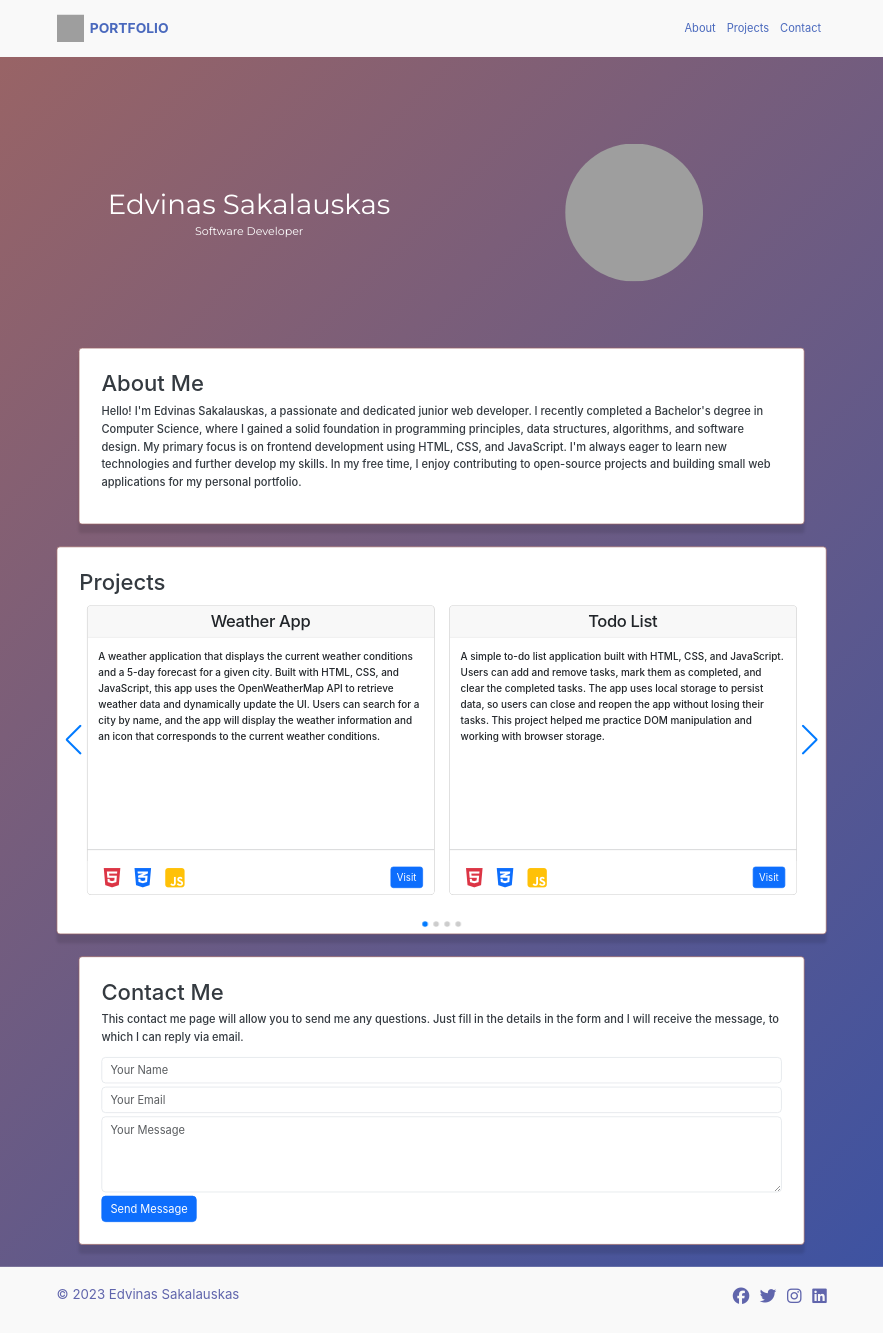
Repository: SakalauskasEdvinas/MyPorfolioWebsite
Page: index.html
The author's editor kept a copy of each file at every save. The page is drawn from the files as they stood at one save, then again after the next save.
The browser window is 1280 px wide. The pictures show the whole page, at 69% of full size.
Pictures or frames that could not be fetched are drawn as grey boxes. Some web libraries are served in a nearby version.

Above is the page before, as saved 2023-04-17 11:02:02.

After the next save:
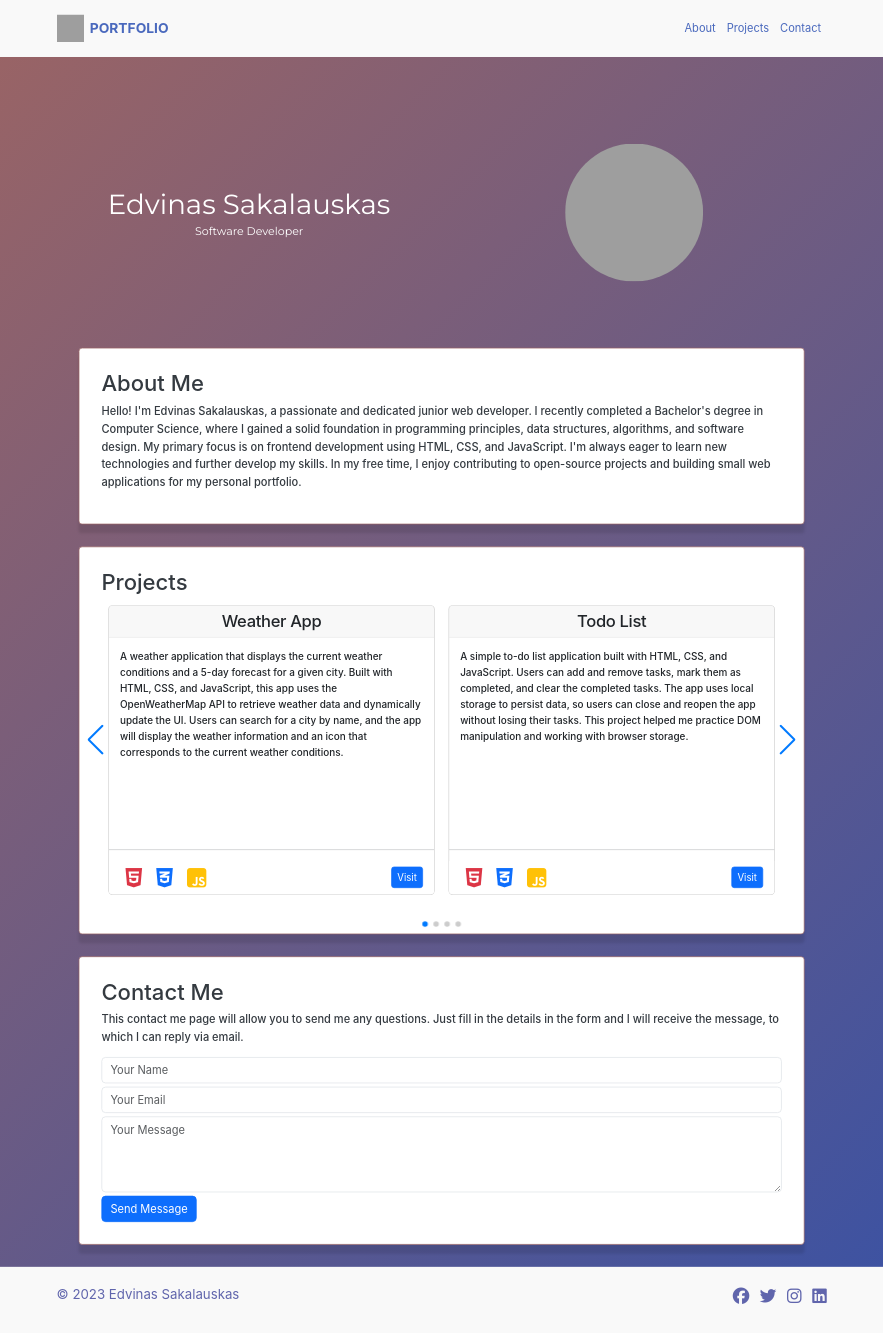
Saved 69 s later.
--- a/css/style.css
+++ b/css/style.css
@@ -42,10 +42,7 @@
   border: 1px solid #9b6464;
 }
 
-section:nth-child(3) {
-  width: 100%;
-  margin: 0;
-}
+
 
 form input {
   margin-bottom: 5px;
